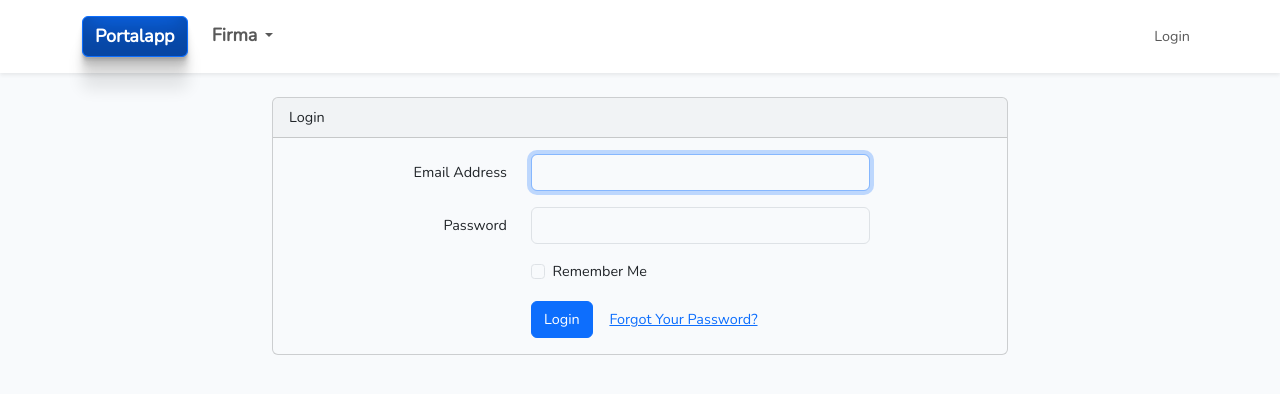
Repository: oguzhansade/portalapp
Page: http://localhost/login
The author's editor kept a copy of each file at every save. The page is drawn from the files as they stood at one save, then again after the next save.
The browser window is 1280 px wide. The pictures show the whole page.
The page is served by the project's Laravel application, run on PHP 8.4 with Laravel 9. Style sheets and scripts are compiled from the project's sources, by tool versions that may differ from the author's.

Above is the page before, as saved 2023-06-29 11:42:45.

After the next save:
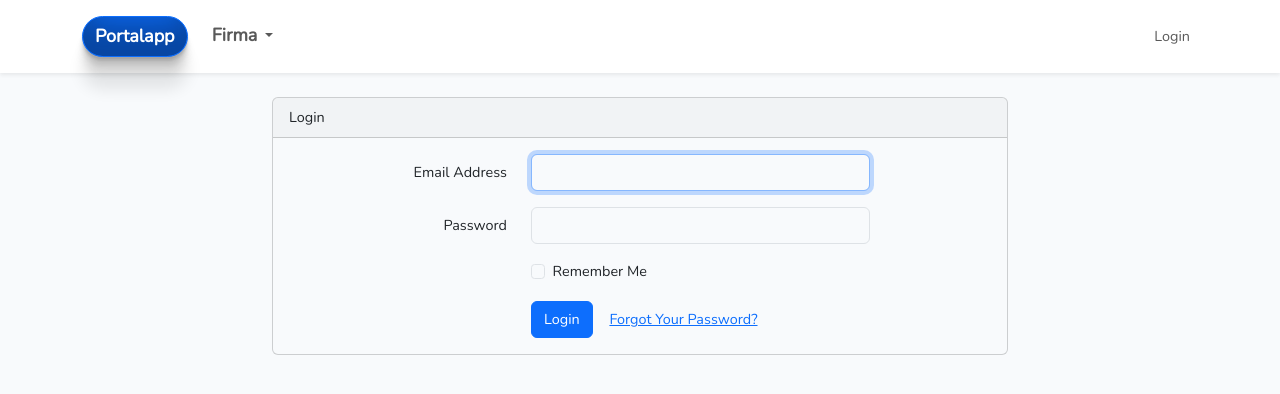
Saved 9 s later.
--- a/resources/views/layouts/app.blade.php
+++ b/resources/views/layouts/app.blade.php
@@ -39,7 +39,7 @@
     <div id="app">
         <nav class="navbar navbar-expand-md navbar-light bg-white shadow-sm ">
             <div class="container py-2">
-                <a class="btn btn-primary rounded text-white navbar-brand b-shadow" href="{{ url('/') }}">
+                <a class="btn btn-primary rounded-pill text-white navbar-brand b-shadow" href="{{ url('/') }}">
                     <b>{{ config('app.name', 'Laravel') }}</b>
                 </a>
                 <button class="navbar-toggler" type="button" data-bs-toggle="collapse" data-bs-target="#navbarSupportedContent" aria-controls="navbarSupportedContent" aria-expanded="false" aria-label="{{ __('Toggle navigation') }}">
